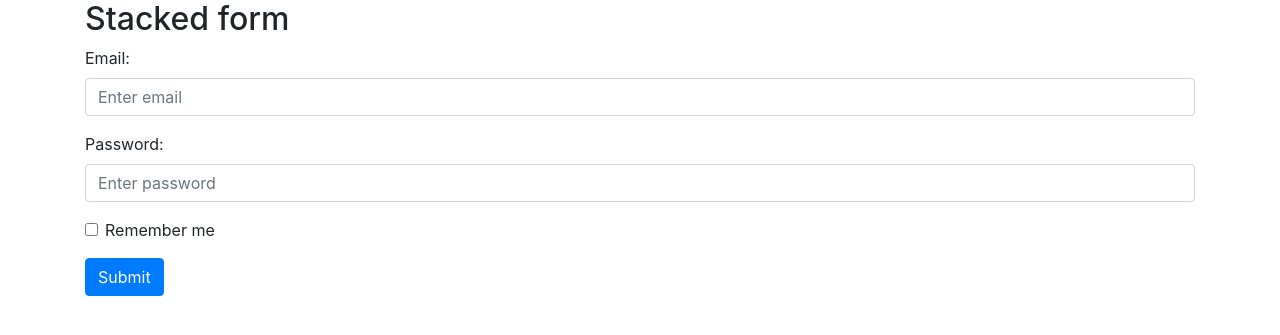
Repository: mijeon/egove_workspace
Page: http://localhost/commentBoard/board/write.jsp
An editor plug-in stored every save of this project. The page is shown before and after the next save, followed by the edit.
The browser window is 1280 px wide. The pictures show the whole page.
The page is served by Tomcat 9.

Above is the page before, as saved 2023-06-17 07:59:18.

After the next save:
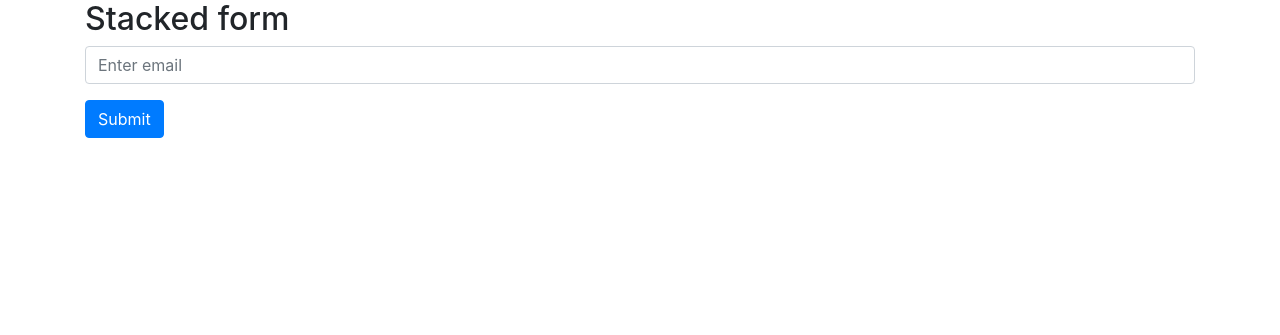
Saved 108 s later.
--- a/commentBoard/WebContent/board/write.jsp
+++ b/commentBoard/WebContent/board/write.jsp
@@ -20,20 +20,7 @@
 		<h2>Stacked form</h2>
 		<form action="/action_page.php">
 			<div class="form-group">
-				<label for="email">Email:</label> <input type="email"
-					class="form-control" id="email" placeholder="Enter email"
-					name="email">
-			</div>
-			<div class="form-group">
-				<label for="pwd">Password:</label> <input type="password"
-					class="form-control" id="pwd" placeholder="Enter password"
-					name="pswd">
-			</div>
-			<div class="form-group form-check">
-				<label class="form-check-label"> <input
-					class="form-check-input" type="checkbox" name="remember">
-					Remember me
-				</label>
+				<input type="email" class="form-control" id="email" placeholder="Enter email" name="email">
 			</div>
 			<button type="submit" class="btn btn-primary">Submit</button>
 		</form>
